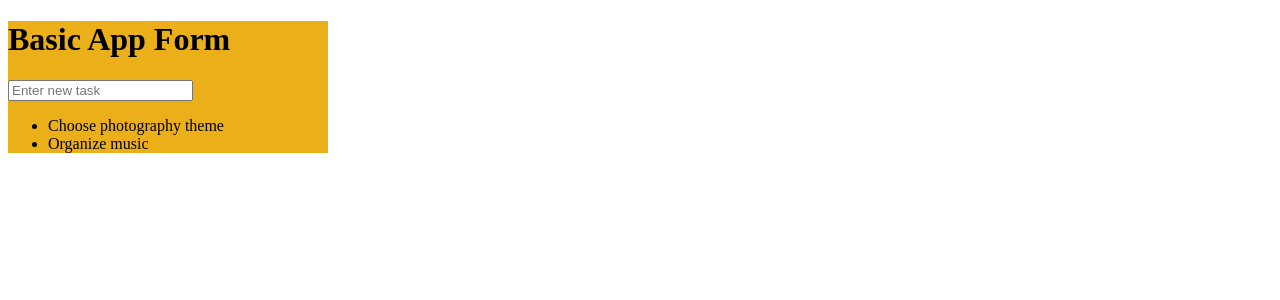
Repository: Kayla-amr/dgm_3760
Page: todoTemplate-W2/index.html
These files come from the project's save history. The page is drawn as it stood at one moment and after the next save; the edit follows.
The browser window is 1280 px wide. The pictures show the whole page.

Above is the page before, as saved 2022-10-17 10:51:45.

After the next save:
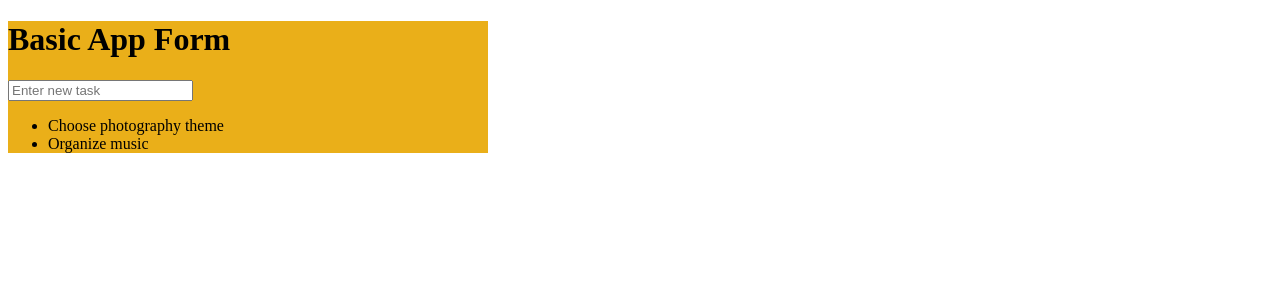
Saved 5 s later.
--- a/todoTemplate-W2/styles.css
+++ b/todoTemplate-W2/styles.css
@@ -1,4 +1,4 @@
 .taskForm{
     background-color: #eaaf19;
-    width: 20rem;
+    width: 30rem;
 }
